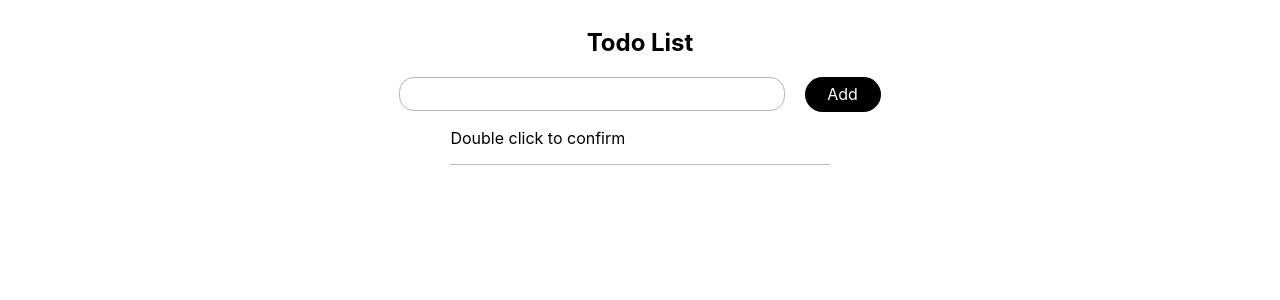
Repository: irenewuu/comp4130_checklist
Page: index.html
The author's editor kept a copy of each file at every save. The page is drawn from the files as they stood at one save, then again after the next save.
The browser window is 1280 px wide. The pictures show the whole page.

Above is the page before, as saved 2022-01-12 15:23:15.

After the next save:
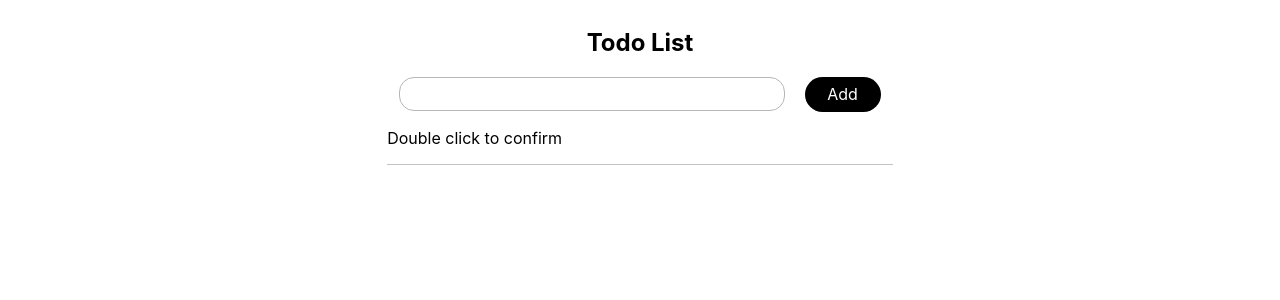
Saved 4 s later.
--- a/style.css
+++ b/style.css
@@ -34,7 +34,7 @@ form > span {
   margin-left: 20px;
 }
 .sortbox {
-  width: 30%;
+  width: 40%;
   display: flex;
   flex-direction: row;
   border-bottom: 1px solid #c2c2c2;
